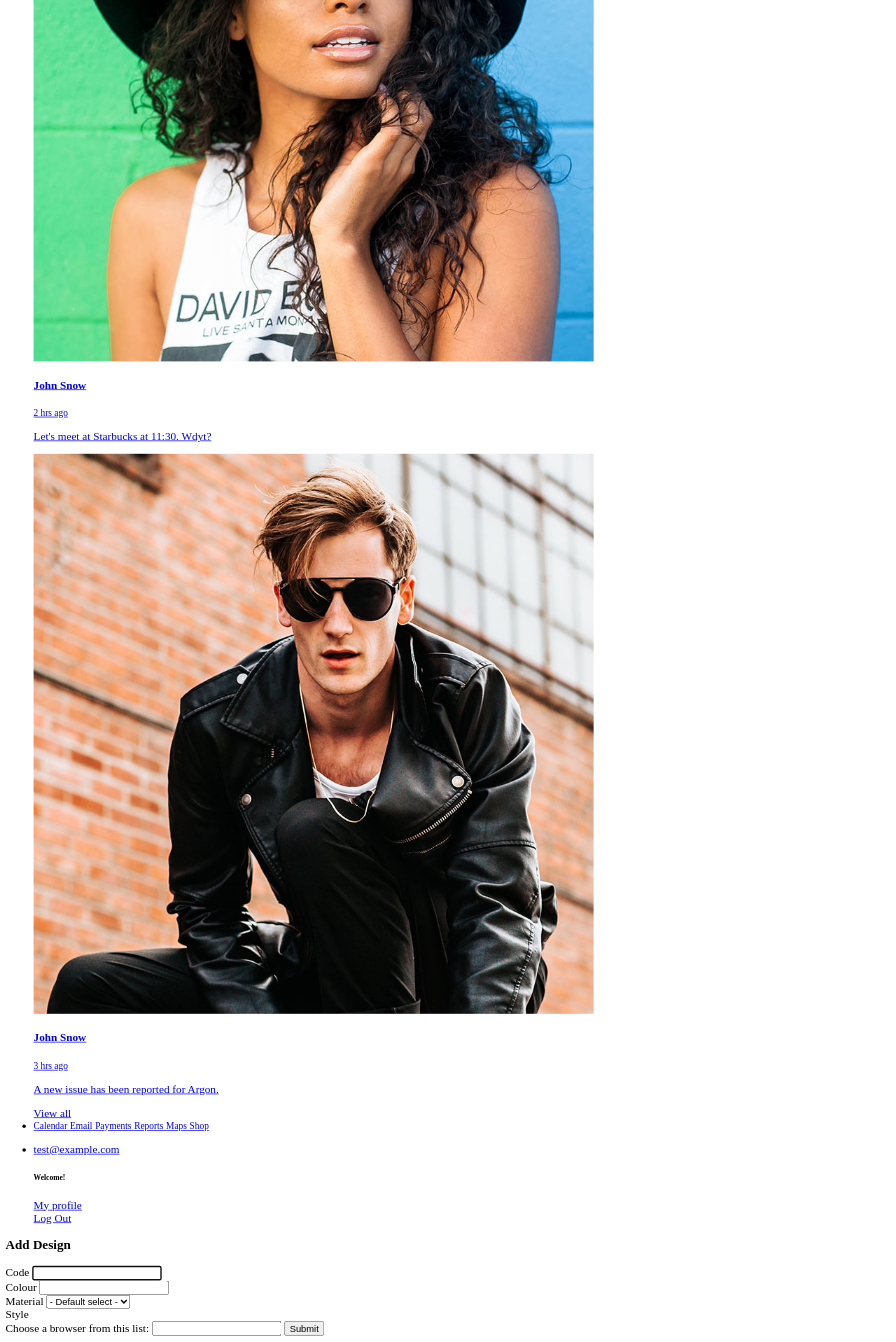
Repository: amirulaizat2004/tailorsystem-internship
Page: resources/views/design/create.blade.php
The author's editor kept a copy of each file at every save. The page is drawn from the files as they stood at one save, then again after the next save.
The browser window is 1280 px wide. The pictures show the part of the page from y = 3585 to 5505 px (the page is 5502 px tall before and 5505 px after), at 70% of full size.
The page is served by the project's Laravel application, run on PHP 8.4 with Laravel 8. A made-up administrator, Test User (test@example.com), is signed in. Other server files are loaded and not shown. The template is opened directly, without the code that normally fills it, so the values that code supplies are empty.

Above is the page before, as saved 2021-10-27 13:47:41.

### routes/web.php
<?php

use App\Models\Customer;
use Illuminate\Http\Request;
use Illuminate\Support\Facades\Route;
use App\Http\Controllers\OrderController;
use App\Http\Controllers\DesignController;
use App\Http\Controllers\MeasureController;
use App\Http\Controllers\CustomerController;
use App\Http\Controllers\DashboardController;
use Illuminate\Routing\Route as RoutingRoute;

/*
|--------------------------------------------------------------------------
| Web Routes
|--------------------------------------------------------------------------
|
| Here is where you can register web routes for your application. These
| routes are loaded by the RouteServiceProvider within a group which
| contains the "web" middleware group. Now create something great!
|
*/

Route::get('/', function () {
    return view('welcome');
});

Route::get('/dashboard', function () {
    return view('dashboard');
})->middleware(['auth'])->name('dashboard');

Route::get('/dashboardtailor', [DashboardController::class, 'index'])->middleware(['auth'])->name('dashboardtailor');

Route::get('fullcalendar', [DashboardController::class, 'fullcalendar'])->middleware(['auth'])->name('fullcalendar');

Route::resource('customer', CustomerController::class)->middleware(['auth']);
Route::get('createcust', [CustomerController::class, 'create'])->middleware(['auth'])->name('createcust');
Route::get('indexcust', [CustomerController::class, 'index'])->middleware(['auth'])->name('indexcust');

Route::resource('design', DesignController::class)->middleware(['auth']);
Route::get('designcreate/{id}', [DesignController::class, 'create'])->middleware(['auth'])->name('designcreate');
Route::get('designadd/{id}', [DesignController::class, 'add'])->middleware(['auth'])->name('designadd');

Route::resource('measure', MeasureController::class)->middleware(['auth']);
Route::get('measurecreate/{id}', [MeasureController::class, 'create'])->middleware(['auth'])->name('measurecreate');
Route::post('measure-store', [MeasureController::class, 'store'])->middleware(['auth'])->name('measurestore');

Route::resource('order', OrderController::class)->middleware(['auth']);
Route::get('ordercreate/{id}', [OrderController::class, 'create'])->middleware(['auth'])->name('ordercreate');
Route::get('ordershow/{id}', [OrderController::class, 'show'])->middleware(['auth'])->name('ordershow');
Route::get('orderstatus/{id}', [OrderController::class, 'status'])->middleware(['auth'])->name('orderstatus');
Route::put('updatestatus/{id}', [OrderController::class, 'updatestatus'])->middleware(['auth'])->name('updatestatus');

Route::get('add', [CustomerController::class, 'add'])->name('add');

require __DIR__.'/auth.php';

### routes/auth.php
<?php

use App\Http\Controllers\Auth\AuthenticatedSessionController;
use App\Http\Controllers\Auth\ConfirmablePasswordController;
use App\Http\Controllers\Auth\EmailVerificationNotificationController;
use App\Http\Controllers\Auth\EmailVerificationPromptController;
use App\Http\Controllers\Auth\NewPasswordController;
use App\Http\Controllers\Auth\PasswordResetLinkController;
use App\Http\Controllers\Auth\RegisteredUserController;
use App\Http\Controllers\Auth\VerifyEmailController;
use Illuminate\Support\Facades\Route;

Route::get('/register', [RegisteredUserController::class, 'create'])
                ->middleware('auth')
                ->name('register');

Route::post('/register', [RegisteredUserController::class, 'store'])
                ->middleware('auth');

Route::get('/login', [AuthenticatedSessionController::class, 'create'])
                ->middleware('guest')
                ->name('login');

Route::post('/login', [AuthenticatedSessionController::class, 'store'])
                ->middleware('guest');

Route::get('/forgot-password', [PasswordResetLinkController::class, 'create'])
                ->middleware('guest')
                ->name('password.request');

Route::post('/forgot-password', [PasswordResetLinkController::class, 'store'])
                ->middleware('guest')
                ->name('password.email');

Route::get('/reset-password/{token}', [NewPasswordController::class, 'create'])
                ->middleware('guest')
                ->name('password.reset');

Route::post('/reset-password', [NewPasswordController::class, 'store'])
                ->middleware('guest')
                ->name('password.update');

Route::get('/verify-email', [EmailVerificationPromptController::class, '__invoke'])
                ->middleware('auth')
                ->name('verification.notice');

Route::get('/verify-email/{id}/{hash}', [VerifyEmailController::class, '__invoke'])
                ->middleware(['auth', 'signed', 'throttle:6,1'])
                ->name('verification.verify');

Route::post('/email/verification-notification', [EmailVerificationNotificationController::class, 'store'])
                ->middleware(['auth', 'throttle:6,1'])
                ->name('verification.send');

Route::get('/confirm-password', [ConfirmablePasswordController::class, 'show'])
                ->middleware('auth')
                ->name('password.confirm');

Route::post('/confirm-password', [ConfirmablePasswordController::class, 'store'])
                ->middleware('auth');

Route::post('/logout', [AuthenticatedSessionController::class, 'destroy'])
                ->middleware('auth')
                ->name('logout');

### resources/views/design/create.blade.php
@extends('layout.app')


@section('content')

<div class="card">

  <div class="card-header">
    <h3 class="mb-0">Add Design</h3>
  </div>

<form method="post" action="{{ route('design.store') }}">
    @csrf

<div class="col-lg-11 ml-4 mt-3 mb-3">
    <div class="form-group">
        <label for="code">Code</label>
        <input type="text" class="form-control @error('code') is-invalid @enderror"
        id="code" name="code" required autofocus readonly value="{{ $codes }}">
      </div>

    <div class="form-group">
      <label for="color">Colour</label>
      <input type="text" class="form-control @error('color') is-invalid @enderror"
      id="color"  name="color" value="{{ old('color') }}">
    </div>

    <div class="form-group">
      <label for="material">Material</label>
      <select class="form-control"
      id="material" name="material">
        <option>- Default select -</option>
        <option value="Cotton"> Cotton </option>
        <option value="Jacquard"> Jacquard </option>
        <option value="Crepe"> Crepe </option>
        <option value="Rayon"> Rayon </option>
        <option value="Chiffon"> Chiffon </option>
        <option value="Satin"> Satin </option>
      </select>
    </div>

    <div class="form-group">
        <label for="style">Style</label>

        <datalist class="form-control @error('style') is-invalid @enderror"
         name="style" id="browsers">

        <option value="Baju Melayu Cekak Musang">
        <option value="Baju Melayu Teluk Belanga">
      </datalist>
    </div>

    <label for="myBrowser">Choose a browser from this list:</label>
<input list="browsers" id="myBrowser" name="myBrowser" />
<datalist id="browsers">
  <option value="Chrome">
  <option value="Firefox">
  <option value="Internet Explorer">
  <option value="Opera">
  <option value="Safari">
  <option value="Microsoft Edge">
</datalist>

    <button type="submit" class="btn btn-primary">Submit</button>

  </div>
  </form>

</div>
@endsection

@section('scripts')
<script>
$(document).ready(function() {
    $('.form-control').select2();
});
</script>

@endsection

Loaded but not shown: app/Models/User.php (common file); resources/views/layout/app.blade.php (418 lines, source omitted)

After the next save:
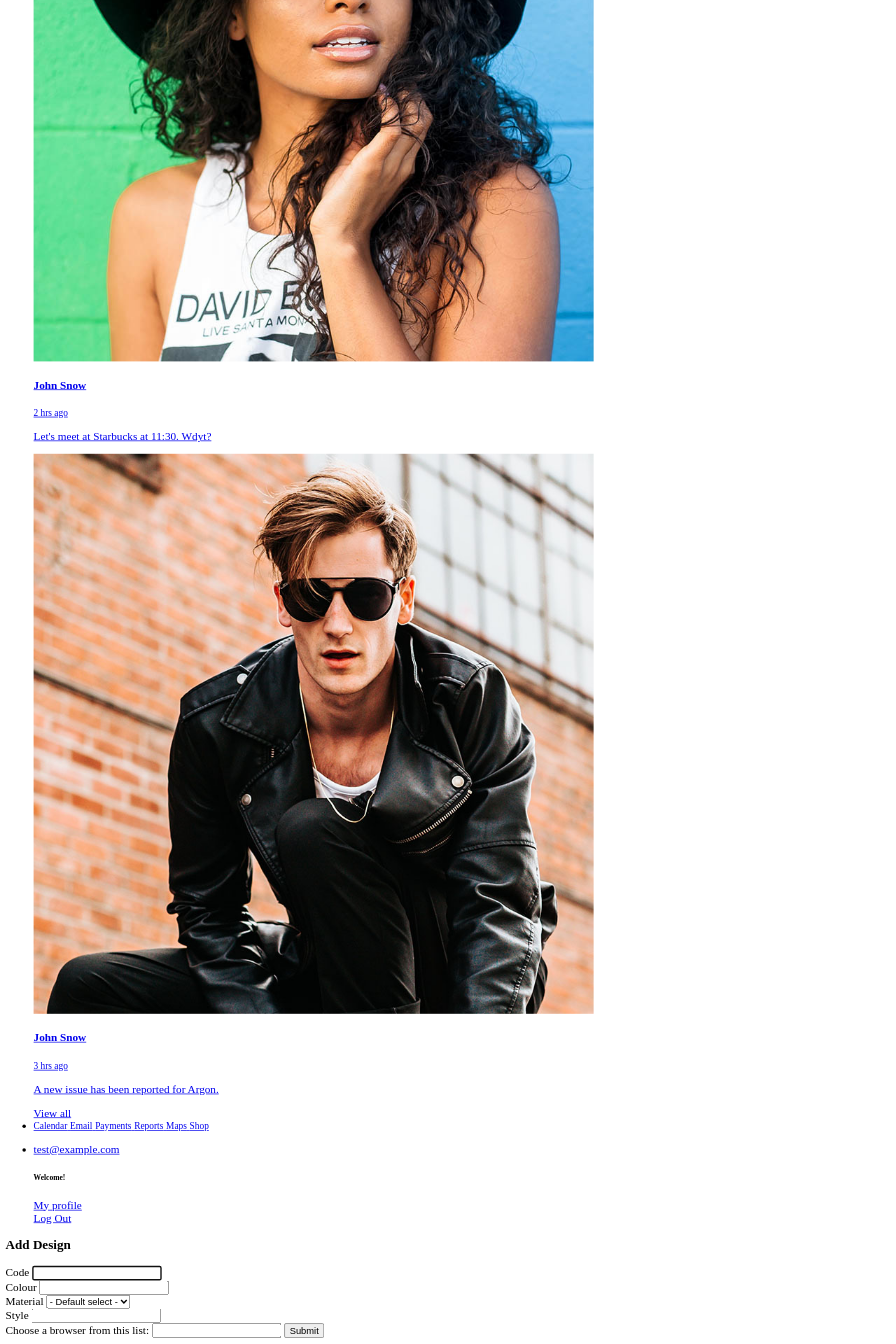
Saved 18 s later.
--- a/resources/views/design/create.blade.php
+++ b/resources/views/design/create.blade.php
@@ -41,7 +41,7 @@
 
     <div class="form-group">
         <label for="style">Style</label>
-
+        <input list="browsers" id="myBrowser" name="myBrowser" />
         <datalist class="form-control @error('style') is-invalid @enderror"
          name="style" id="browsers">
 
